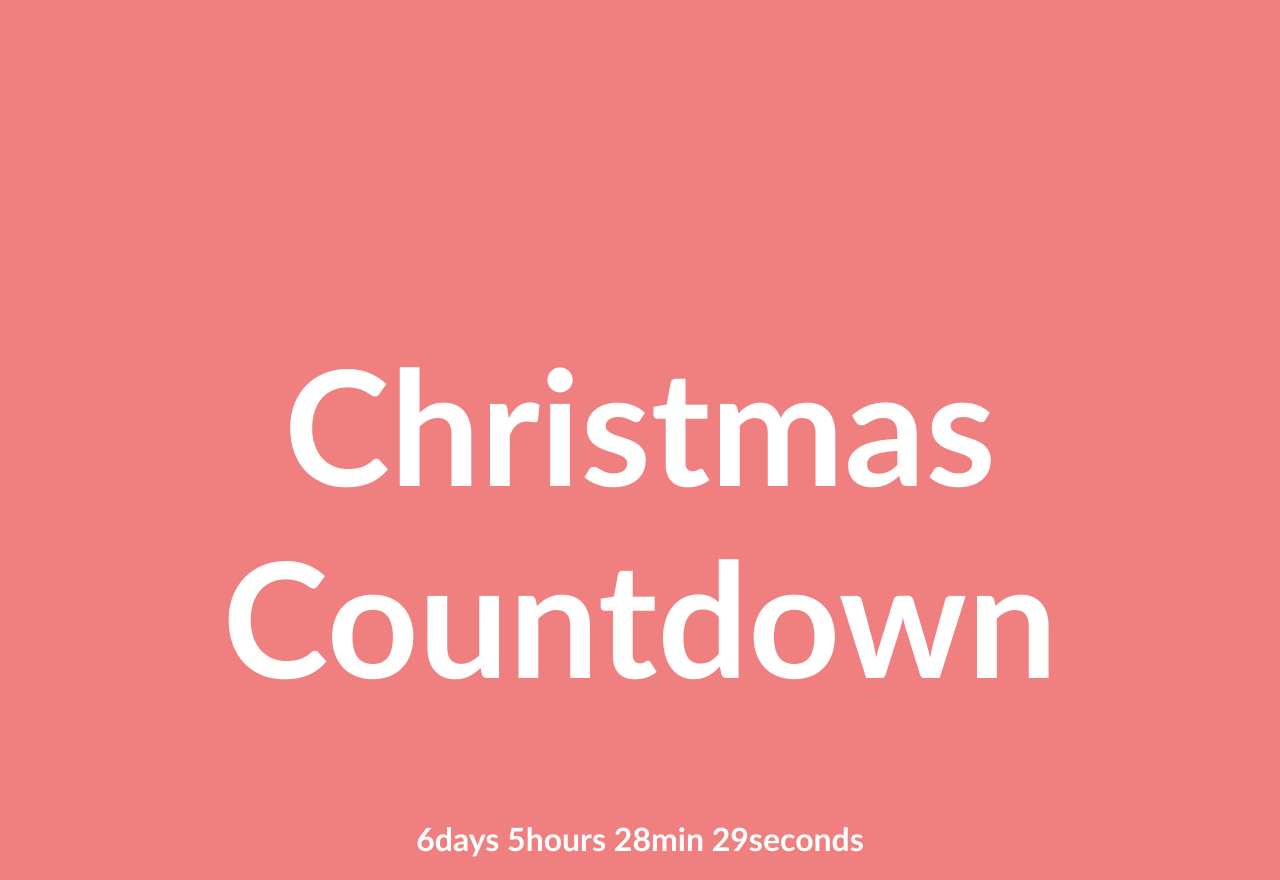
Repository: notMaximilian/countdown-timer
Page: index.html
An editor plug-in stored every save of this project. The page is shown before and after the next save, followed by the edit.
The browser window is 1280 px wide. The pictures show the whole page.

Above is the page before, as saved 2021-12-18 18:52:04.

### index.html
<html lang="en">
    <head>
        <meta charset="utf-8"/>
        <title>Christmas Countdown</title>
        <link rel="stylesheet" href="styles.css"/>
    </head>
    <body>
        <h1 id="main-text">Christmas Countdown</h1>
        <h1 id="time-left"></h1>
        <script src="app.js"></script>
    </body>
</html>

### styles.css
body{
    background-color: lightcoral;
    color:white;
    text-align: center;
    padding-top: 25%;
    font-family: 'Trebuchet MS', 'Lucida Sans Unicode', 'Lucida Grande', 'Lucida Sans', Arial, sans-serif;
}

#main-text{
    font-size: 1000%;
}

### app.js
const timeLeft = document.getElementById('time-left')
let timerId;
//Units of time
const second = 1000
const minute = second * 60
const hour = minute * 60
const day = hour * 24

const christmas = new Date('12/25/2021')

function countdown(){
    const today = new Date();
    const timeSpan = christmas - today;

    if(timeSpan <= -day){
        timeLeft.innerHTML("I hope you had a Merry Christmas!!!")
        clearInterval(timerId)
        return
    }

    if (timeSpan <= 0){
        timeLeft.innerHTML("Merry Christmas!!!")
        clearInterval(timerId)
        return
    }

    const days = Math.floor(timeSpan / day)
    const hours = Math.floor((timeSpan % day) / hour)
    const minutes = Math.floor((timeSpan % hour) / minute)
    const seconds = Math.floor((timeSpan % minute) / second)

    timeLeft.innerHTML = days + "days " + hours + "hours " + minutes + "min " + seconds + "seconds"

}

timerId = setInterval(countdown, second)

After the next save:
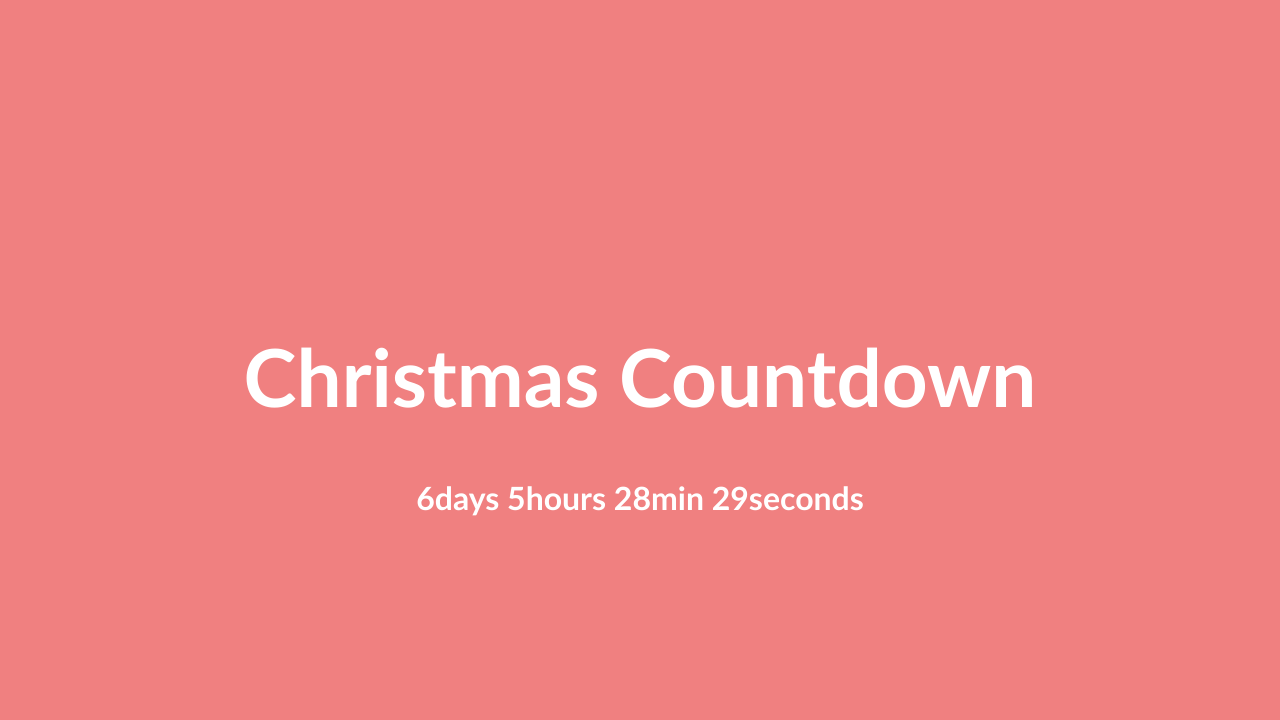
Saved 9 s later.
--- a/styles.css
+++ b/styles.css
@@ -7,5 +7,5 @@ body{
 }
 
 #main-text{
-    font-size: 1000%;
+    font-size: 500%;
 }
